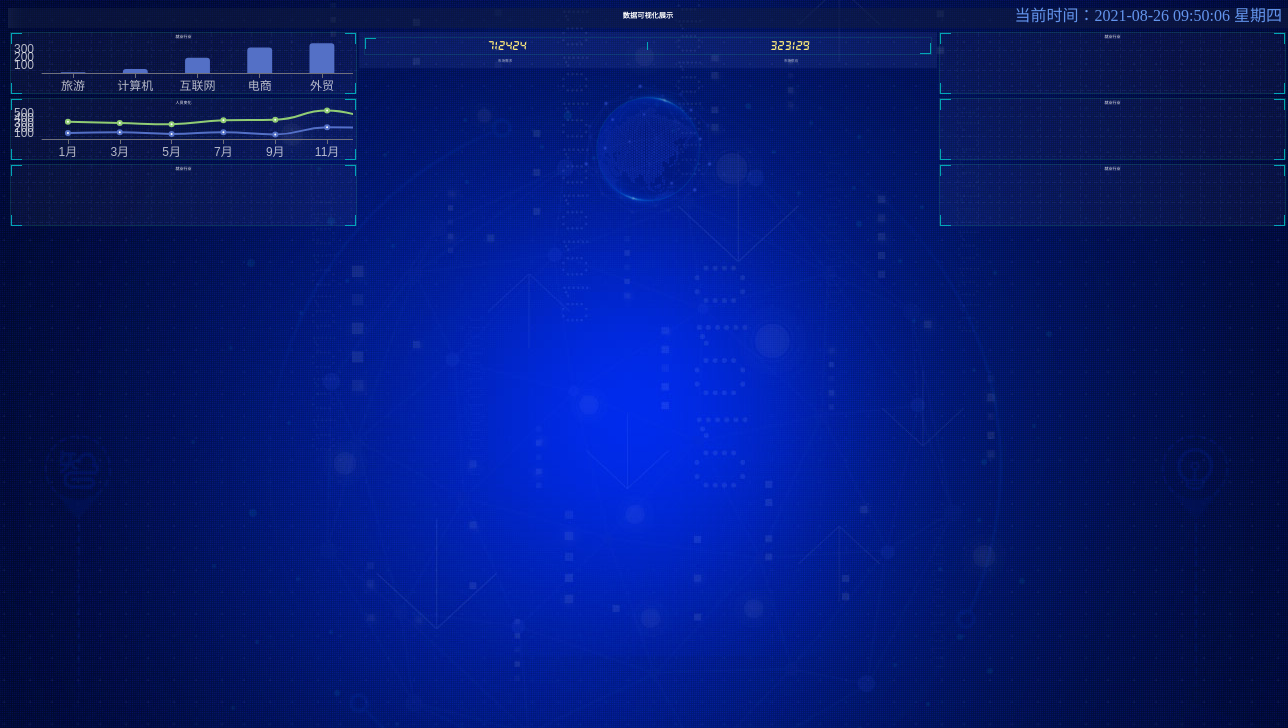
Repository: jiang-1990/DataVM
Page: /
An editor plug-in stored every save of this project. The page is shown before and after the next save, followed by the edit.
The browser window is 1280 px wide. The page is 1288 px wide, so the pictures cover 1288 px, including what lies to the right of the window. The pictures show the whole page.
The project was rebuilt for these pictures with package versions that can differ from the ones it lists, and the page was loaded fresh each time.

Above is the page before, as saved 2021-08-27 11:26:05.

### index.html
<!DOCTYPE html>
<html>
  <head>
    <meta charset="utf-8">
    <meta name="viewport" content="width=device-width,initial-scale=1.0">
    <title>mydatam</title>
  </head>
  <body>
    <div id="app"></div>
    <!-- built files will be auto injected -->
  </body>
</html>

### src/main.js
// The Vue build version to load with the `import` command
// (runtime-only or standalone) has been set in webpack.base.conf with an alias.
import Vue from 'vue'
import App from './App'
import router from './router'
import 'lib-flexible/flexible.js'
//声明字体
import './font/font.css'

Vue.config.productionTip = false

/* eslint-disable no-new */
new Vue({
  el: '#app',
  router,
  components: { App },
  template: '<App/>'
})

### src/App.vue
<template>
  <div id="app">
    <router-view/>
  </div>
</template>

<script>
export default {
  name: 'App'
}
</script>

<style>
body{
  background-image: url('assets/bg.jpg') ;
  background-Repeat : 'no-repeat';
  background-Size : '100% 100%';
  background-position: center;/* 背景图随屏幕尺寸变化 背景图两边隐藏 图片不压缩 */
}
html,body {
  width: 100%;
  height: 100%;
}

</style>

### src/router/index.js
import Vue from 'vue'
import Router from 'vue-router'
import bigScreen from '@/components/bigScreen'

Vue.use(Router)

export default new Router({
  routes: [
    {
      path: '/',
      name: 'bigScreen',
      component: bigScreen
    }
  ]
})

### src/font/font.css
 /* 声明字体 */
@font-face {
    font-family: 'electronicFont';
    src: url(./DS-DIGIT.ttf);
}

### src/components/bigScreen.vue
<template>
  <div>
    <div class="top">
      <h1>数据可视化展示</h1>
      <span class="time">当前时间：{{ date | dateFormat }}</span>
    </div>
    <div class="mainBox">
      <div class="culonm">
        <div class="panl bar">
          <h2>就业行业</h2>
          <div class="chart" id="bar_l"></div>
          <div class="zhuanjiao"></div>
        </div>

        <div class="panl line">
          <h2>人员变化</h2>
          <div class="chart" id="line_l"></div>
          <div class="zhuanjiao"></div>
        </div>

        <div class="panl pie">
          <h2>就业行业</h2>
          <div class="chart"></div>
          <div class="zhuanjiao"></div>
        </div>
      </div>
      <div class="culonm">
        <div class="num">
          <div class="num-hd">
            <ul>
              <li>712424</li>
              <li>323129</li>
            </ul>
          </div>
          <div class="num-bd">
            <ul>
              <li>市场需求</li>
              <li>市场供应</li>
            </ul>
          </div>
        </div>
        <div class="map">
          <div class="map1"></div>
          <div class="map2"></div>
          <div class="map3"></div>
          <div class="chart"></div>
        </div>
      </div>
      <div class="culonm">
        <div class="panl bar">
          <h2>就业行业</h2>
          <div class="chart"></div>
          <div class="zhuanjiao"></div>
        </div>

        <div class="panl line">
          <h2>就业行业</h2>
          <div class="chart"></div>
          <div class="zhuanjiao"></div>
        </div>

        <div class="panl pie">
          <h2>就业行业</h2>
          <div class="chart"></div>
          <div class="zhuanjiao"></div>
        </div>
      </div>
    </div>
    <!-- <div id="myChart" style="width:1920px; height: 400px;"></div> -->
  </div>
</template>

<script>
// 引入echarts
var echarts = require("echarts");
export default {
  data() {
    return {
      date: new Date(), //当前日期
    };
  },
  // 定义一个局部的过滤器，格式化当前时间
  filters: {
    dateFormat: (dateTime) => {
      var now = new Date(dateTime);
      var y = now.getFullYear();
      var m = (now.getMonth() + 1).toString().padStart(2, "0");
      var d = now.getDate().toString().padStart(2, "0");
      var hh = now.getHours().toString().padStart(2, "0");
      var mm = now.getMinutes().toString().padStart(2, "0");
      var ss = now.getSeconds().toString().padStart(2, "0");
      let week = now.getDay(); // 星期
      let weekArr = [
        "星期日",
        "星期一",
        "星期二",
        "星期三",
        "星期四",
        "星期五",
        "星期六",
      ];
      // 过滤器中要有返回值
      return `${y}-${m}-${d} ${hh}:${mm}:${ss} ${weekArr[week]}`;
    },
  },
  mounted() {
    this.createchartLine_l();
    this.createchartBar_l();
    var _this = this;
    this.timer = setInterval(() => {
      _this.date = new Date(); // 修改日期数据
    }, 1000);
  },
  created() {},
  methods: {
    createchartBar_l() {
      var myChart = echarts.init(document.getElementById("bar_l"));
      var option;
      option = {
        tooltip: {
          trigger: "axis",
          axisPointer: {
            // 坐标轴指示器，坐标轴触发有效
            type: "shadow", // 默认为直线，可选为：'line' | 'shadow'
          },
          backgroundColor: "rgba(0,21,49, 0.7)", //通过设置rgba调节背景颜色与透明度
          borderWidth: 0,
          textStyle: {
            color: "#fff",
          },
        },
        grid: {
          left: "0%",
          right: "0%",
          bottom: "0%",
          top: "3%",
          containLabel: true,
        },

        xAxis: [
          {
            type: "category",
            data: ["旅游", "计算机", "互联网", "电商", "外贸"],
            axisTick: {
              alignWithLabel: true,
            },
            splitLine: {
              show: false,
            },
            axisLabel: {
              color: "rgba(255,255,255, 0.7)",
            },
          },
        ],
        yAxis: [
          {
            type: "value",
            splitLine: {
              show: false,
            },
            axisLabel: {
              color: "rgba(255,255,255, 0.7)",
            },
          },
        ],
        series: [
          {
            name: "直接访问",
            type: "bar",
            barWidth: "40%",
            data: [10, 52, 200, 334, 390],
            itemStyle: {
              borderRadius: [3, 3, 0, 0],
            },
          },
        ],
      };
      myChart.setOption(option);
    },
    createchartLine_l() {
      var myChart = echarts.init(document.getElementById("line_l"));
      console.log(myChart);
      var option = {
        tooltip: {
          trigger: "axis",
          backgroundColor: "rgba(0,21,49, 0.7)", //通过设置rgba调节背景颜色与透明度
          borderWidth: 0,
          textStyle: {
            color: "#fff",
          },
        },
        legend: {
          data: ["新增粉丝", "新增游客"],
        },
        grid: {
          left: "0%",
          right: "0%",
          bottom: "0%",
          top: "3%",
          containLabel: true,
        },

        xAxis: [
          {
            type: "category",
            data: ["1月", "3月", "5月", "7月", "9月", "11月"],
            axisTick: {
              alignWithLabel: true,
            },
            splitLine: {
              show: false,
            },
            axisLabel: {
              color: "rgba(255,255,255, 0.7)",
            },
          },
        ],
        yAxis: [
          {
            type: "value",
            splitLine: {
              show: false,
            },
            axisLabel: {
              color: "rgba(255,255,255, 0.7)",
            },
          },
        ],
        series: [
          {
            name: '邮件营销',
            type: 'line',
            stack: '总量',
            smooth: true,
            data: [120, 132, 101, 134, 90, 230, 210]
        },
        {
            name: '联盟广告',
            type: 'line',
            stack: '总量',
            smooth: true,
            data: [220, 182, 191, 234, 290, 330, 310]
        },
        ],
      };
      myChart.setOption(option);
    },
  },
};
</script>

<style scoped>
@import "../css/bigScreen.css";
</style>

### src/css/bigScreen.css
* {
  margin: 0;
  padding: 0;
  box-sizing: border-box;
}
li {
  list-style-type: none;
}
.top {
  height: 1.25rem;
  background: url(../assets/head_bg.png) no-repeat;
  box-sizing: 100% 100%;
  position: relative;
}
.top h1 {
  font-size: 0.45rem;
  line-height: 1rem;
  color: #ffffff;
  text-align: center;
}
.top .time {
  line-height: 0.9375rem;
  position: absolute;
  right: 0.375rem;
  top: 0;
  color: cornflowerblue;
}
.mainBox {
  min-width: 1024px;
  max-width: 1920px;
  margin: 0 auto;
  display: flex;
  padding: 0.25rem 0.125rem 0;
}
.mainBox .culonm {
  flex: 3;
}
.mainBox .culonm:nth-child(2) {
  flex: 5;
  margin: 0 0.125rem 0.1875rem;
}
.mainBox .panl {
  position: relative;
  height: 3.875rem;
  border: 0.0125rem solid rgba(25, 186, 139, 0.17);
  background: url(../assets/line.png) rgba(255, 255, 255, 0.03);
  padding: 0 0.1875rem 0.25rem;
  margin-bottom: 0.25rem;
}
.mainBox .panl::before {
  position: absolute;
  top: 0;
  left: 0;
  width: 10px;
  height: 10px;
  border-left: 1px solid #02a6b5;
  border-top: 1px solid #02a6b5;
  content: "";
}
.mainBox .panl::after {
  position: absolute;
  top: 0;
  right: 0;
  width: 10px;
  height: 10px;
  border-right: 1px solid #02a6b5;
  border-top: 1px solid #02a6b5;
  content: "";
}
.mainBox .panl .zhuanjiao {
  width: 100%;
  height: 10px;
  position: absolute;
  bottom: 0px;
  left: 0;
}
.mainBox .panl .zhuanjiao::before {
  position: absolute;
  top: 0;
  left: 0;
  width: 10px;
  height: 10px;
  border-left: 1px solid #02a6b5;
  border-bottom: 1px solid #02a6b5;
  content: "";
}
.mainBox .panl .zhuanjiao::after {
  position: absolute;
  top: 0;
  right: 0;
  width: 10px;
  height: 10px;
  border-right: 1px solid #02a6b5;
  border-bottom: 1px solid #02a6b5;
  content: "";
}
.mainBox .panl h2 {
  font-size: 0.25rem;
  color: #ffffff;
  line-height: 0.5rem;
  text-align: center;
  height: 0.5rem;
  font-weight: 400;
}
.mainBox .panl .chart {
  height: 3.25rem;
}
.mainBox .num {
  background: rgba(101, 132, 226, 0.1);
  padding: 0.1875rem;
}
.mainBox .num .num-hd {
  position: relative;
  margin: 0.125rem;
  border: 1px solid rgba(25, 186, 139, 0.17);
}
.mainBox .num .num-hd::before {
  position: absolute;
  top: 0;
  left: 0;
  width: 10px;
  height: 10px;
  border-left: 1px solid #02a6b5;
  border-top: 1px solid #02a6b5;
  content: "";
}
.mainBox .num .num-hd::after {
  position: absolute;
  bottom: 0;
  right: 0;
  width: 10px;
  height: 10px;
  border-right: 1px solid #02a6b5;
  border-bottom: 1px solid #02a6b5;
  content: "";
}
.mainBox .num .num-hd ul {
  display: flex;
}
.mainBox .num .num-hd ul li {
  flex: 1;
  line-height: 1rem;
  font-size: 0.875rem;
  color: #ffeb7b;
  text-align: center;
  font-family: electronicFont;
}
.mainBox .num .num-hd ul li:nth-child(1) {
  position: relative;
}
.mainBox .num .num-hd ul li:nth-child(1)::after {
  position: absolute;
  top: 25%;
  right: 0;
  height: 50%;
  border-right: 1px solid #02a6b5;
  content: "";
}
.mainBox .num .num-bd {
  position: relative;
}
.mainBox .num .num-bd ul {
  display: flex;
}
.mainBox .num .num-bd ul li {
  flex: 1;
  line-height: 0.5rem;
  font-size: 0.225rem;
  color: rgba(255, 255, 255, 0.7);
  text-align: center;
}
.mainBox .map {
  height: 10.125rem;
  position: relative;
}
.mainBox .map .map1 {
  width: 6.475rem;
  height: 6.475rem;
  position: absolute;
  top: 50%;
  left: 50%;
  transform: translate(-50%, -50%);
  background: url(../assets/map.png);
  background-size: 100% 100%;
  opacity: 0.3;
}
.mainBox .map .map2 {
  width: 8.0375rem;
  height: 8.0375rem;
  position: absolute;
  top: 50%;
  left: 50%;
  transform: translate(-50%, -50%);
  background: url(../assets/lbx.png);
  background-size: 100% 100%;
  animation: rotatel1 20s linear infinite;
  opacity: 0.6;
}
@keyframes rotatel1 {
  from {
    transform: translate(-50%, -50%) rotate(0deg);
  }
  to {
    transform: translate(-50%, -50%) rotate(360deg);
  }
}
.mainBox .map .map3 {
  width: 7.075rem;
  height: 7.075rem;
  position: absolute;
  top: 50%;
  left: 50%;
  transform: translate(-50%, -50%);
  background: url(../assets/jt.png);
  background-size: 100% 100%;
  animation: rotatel2 15s linear infinite;
  opacity: 0.6;
}
@keyframes rotatel2 {
  from {
    transform: translate(-50%, -50%) rotate(0deg);
  }
  to {
    transform: translate(-50%, -50%) rotate(-360deg);
  }
}
.mainBox .map .chart {
  height: 10.125rem;
}

After the next save:
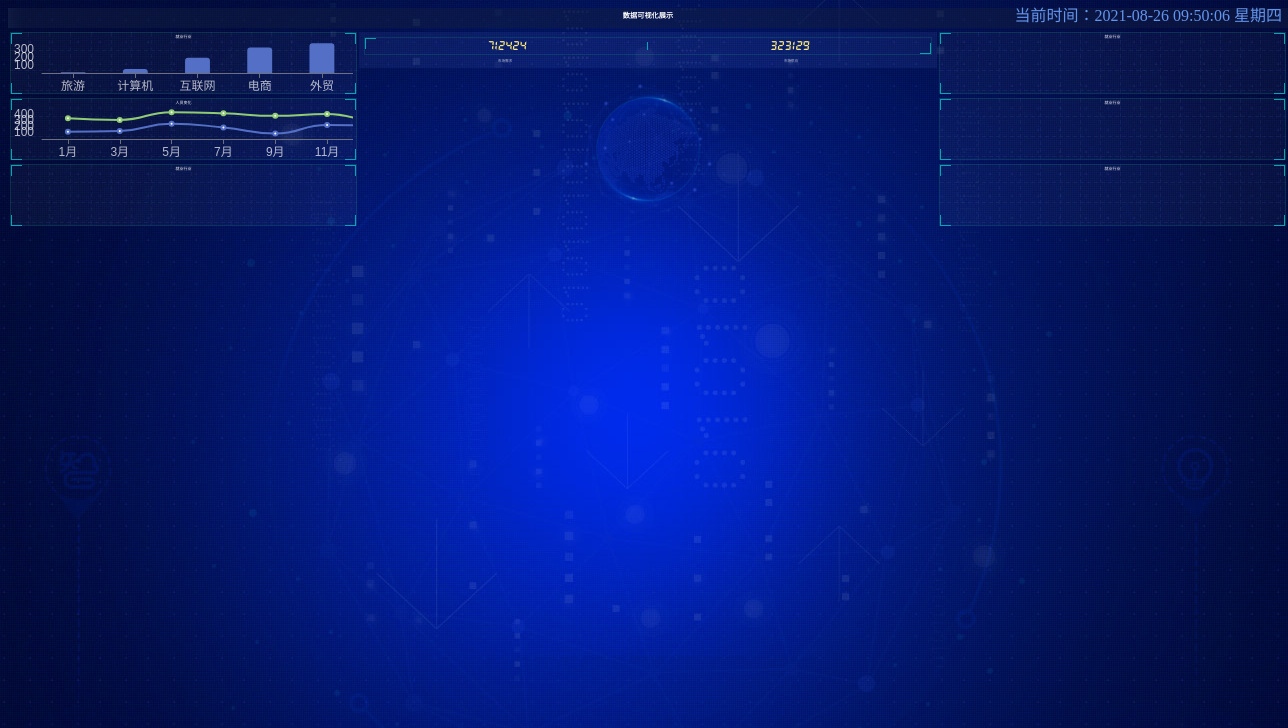
Saved 93 s later.
--- a/src/components/bigScreen.vue
+++ b/src/components/bigScreen.vue
@@ -232,14 +232,14 @@ export default {
             type: 'line',
             stack: '总量',
             smooth: true,
-            data: [120, 132, 101, 134, 90, 230, 210]
+            data: [120, 132, 250, 189, 90, 230, 210]
         },
         {
             name: '联盟广告',
             type: 'line',
             stack: '总量',
             smooth: true,
-            data: [220, 182, 191, 234, 290, 330, 310]
+            data: [220, 182, 191, 234, 290, 180, 200]
         },
         ],
       };
